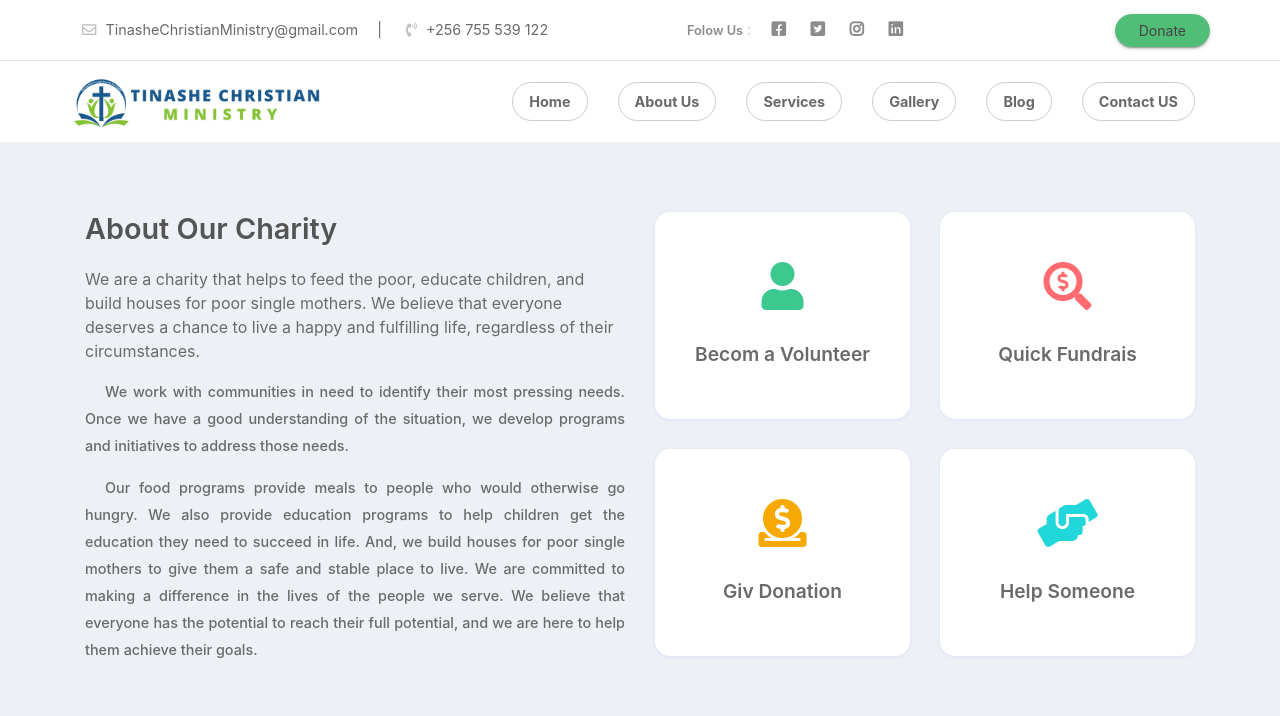
Repository: kluivert-ssali/Zziwa
Page: about_us.html
An editor plug-in stored every save of this project. The page is shown before and after the next save, followed by the edit.
The browser window is 1280 px wide. The pictures show the part of the page from y = 0 to 716 px (the page is 2067 px tall).
A picture or video elsewhere on the page could not be fetched, so the positions and the page height are approximate.

Above is the page before, as saved 2023-11-24 22:40:46.

### about_us.html
<!doctype html>
<html lang="en">

<head>
    <meta charset="utf-8">
    <link
    rel="shortcut icon"
    type="x-icon"
    sizes="64x64"
    href="./Logo/ziwaWEB2.0.svg"
  />
    <meta name="viewport" content="width=device-width, initial-scale=1, shrink-to-fit=no">
    <title>TinasheChristianMinistry</title>
    <link rel="shortcut icon" href="assets/images/fav.png" type="image/x-icon">
   <link href="https://fonts.googleapis.com/css2?family=Ubuntu:wght@400;500&display=swap" rel="stylesheet">
    <link rel="shortcut icon" href="assets/images/fav.jpg">
    <link rel="stylesheet" href="assets/css/bootstrap.min.css">
    <link rel="stylesheet" href="assets/css/all.min.css">
    <link rel="stylesheet" href="assets/css/animate.css">
    <link rel="stylesheet" href="assets/plugins/slider/css/owl.carousel.min.css">
    <link rel="stylesheet" href="assets/plugins/slider/css/owl.theme.default.css">
    <link rel="stylesheet" type="text/css" href="assets/css/style.css" />
</head>

<body>

<header class="continer-fluid ">
    <div  class="header-top">
        <div class="container">
            <div class="row col-det">
                <div class="col-lg-6 d-none d-lg-block">
                    <ul class="ulleft">
                        <li>
                            <i class="far fa-envelope"></i>
                            TinasheChristianMinistry@gmail.com
                            <span>|</span></li>
                        <li>
                            <i class="fas fa-phone-volume"></i>
                            +256 755 539 122</li>
                    </ul>
                </div>
                <div class="col-lg-3 col-md-6 folouws">

                    <ul class="ulright">
                       <li> <small>Folow Us </small>:</li>
                        <li>
                            <i class="fab fa-facebook-square"></i>
                        </li>
                        <li>
                            <i class="fab fa-twitter-square"></i>
                        </li>
                        <li>
                            <i class="fab fa-instagram"></i>
                        </li>
                        <li>
                            <i class="fab fa-linkedin"></i>
                        </li>
                    </ul>
                </div>
                <div class="col-lg-3 d-none d-md-block col-md-6 btn-bhed">
                    <button class="btn btn-sm btn-success"> <a
                        href="https://flutterwave.com/donate/cqvprj4q11oa"
                        target="_blank"
                        >Donate</a
                      ></button>
                </div>
            </div>
        </div>
    </div>
    <div id="menu-jk" class="header-bottom">
        <div class="container">
            <div class="row nav-row">
                <div class="col-lg-3 col-md-12 logo">
                    <a href="index.html">
                        <img src="assets/images/TCM.png" alt="">
                        <a data-toggle="collapse" data-target="#menu" href="#menu"><i class="fas d-block d-lg-none  small-menu fa-bars"></i></a>
                    </a>

                </div>
                <div id="menu" class="col-lg-9 col-md-12 d-none d-lg-block nav-col">

                            <ul class="navbad">
                                <li class="nav-item active">
                                    <a class="nav-link" href="index.html">Home
                                    </a>
                                </li>
                                <li class="nav-item">
                                    <a class="nav-link" href="about_us.html">About Us</a>
                                </li>
                                <li class="nav-item">
                                    <a class="nav-link" href="services.html">Services</a>
                                </li>

                                <li class="nav-item">
                                    <a class="nav-link" href="gallery.html">Gallery</a>
                                </li>

                                <li class="nav-item">
                                    <a class="nav-link" href="blog.html">Blog</a>
                                </li>
                                <li class="nav-item">
                                    <a class="nav-link" href="contact_us.html">Contact US</a>
                                </li>




                            </ul>


                </div>
            </div>
        </div>
    </div>
</header>

  <!--  ************************* Page Title Starts Here ************************** -->




     <!--  ************************* About Us Starts Here ************************** -->

<div class="about-us container-fluid">
    <div class="container">

        <div class="row natur-row no-margin w-100">
            <div class="text-part col-md-6">
                <h2>About Our Charity</h2>
                We are a charity that helps to feed the poor, educate children, and build houses for poor single mothers. We believe that everyone deserves a chance to live a happy and fulfilling life, regardless of their circumstances. </p>
                <p> We work with communities in need to identify their most pressing needs. Once we have a good understanding of the situation, we develop programs and initiatives to address those needs.</p>

                <p>Our food programs provide meals to people who would otherwise go hungry. We also provide education programs to help children get the education they need to succeed in life. And, we build houses for poor single mothers to give them a safe and stable place to live.

                    We are committed to making a difference in the lives of the people we serve. We believe that everyone has the potential to reach their full potential, and we are here to help them achieve their goals. </p>
            </div>
            <div class="image-part col-md-6">
                <div class="about-quick-box row">
                    <div class="col-md-6">
                        <div class="about-qcard">
                           <i class="fas fa-user"></i>
                            <p>Becom a Volunteer</p>
                        </div>
                    </div>
                     <div class="col-md-6">
                        <div class="about-qcard ">
                           <i class="fas fa-search-dollar red"></i>
                            <p>Quick Fundrais</p>
                        </div>
                    </div>
                     <div class="col-md-6">
                        <div class="about-qcard ">
                           <i class="fas fa-donate yell"></i>
                            <p>Giv Donation</p>
                        </div>
                    </div>
                     <div class="col-md-6">
                        <div class="about-qcard ">
                           <i class="fas fa-hands-helping blu"></i>
                            <p>Help Someone</p>
                        </div>
                    </div>
                </div>
            </div>
        </div>
    </div>
</div>



 <!-- ################# Mission Vision Start Here #######################--->

  <section class="container-fluid mission-vision">
      <div class="container">
          <div class="row mission">
              <div class="col-md-6 mv-det">
                  <h1>Our Mission</h1>
                  <p>Our mission is to provide food, education, and shelter to those in need. We believe that everyone deserves a chance to live a happy and fulfilling life, regardless of their circumstances.</p>
              </div>
              <div class="col-md-6 mv-img">
                  <img src="assets/images/misin.jpg" alt="">
              </div>
          </div>
          <div class="row vision">
              <div class="col-md-6 mv-img">
                   <img src="assets/images/vision.jpg" alt="">
              </div>
              <div class="col-md-6 mv-det">
                   <h1>Our Vision</h1>
                   <p>Compassion: We care deeply about the people we serve, and we are committed to making a difference in their lives.
                    Respect: We treat everyone with dignity and respect, regardless of their background or circumstances.
                    Excellence: We strive to provide the best possible services to our clients.
                    Accountability: We are accountable to our donors and to the communities we serve.</p>
              </div>
          </div>
      </div>
  </section>



  <!--  ************************* Footer Starts Here ************************** -->

      <footer class="footer">
        <div class="container">
            <div class="row">
                <div class="col-md-4 col-sm-12">
                    <h2>About Us</h2>
                    <p>
                        We are a charity that helps to feed the poor, educate children, and build houses for poor single mothers. We believe that everyone deserves a chance to live a happy and fulfilling life, regardless of their circumstances.
                    </p>
                    <p>We focus on technologies that promise to reduce costs, streamline processes and speed time-to-market, Backed by our strong quality processes and rich experience managing global... </p>
                </div>
                <div class="col-md-4 col-sm-12">
                    <h2>Useful Links</h2>
                    <ul class="list-unstyled link-list">
                        <li><a ui-sref="about" href="#/about">About us</a><i class="fa fa-angle-right"></i></li>
                        <li><a ui-sref="portfolio" href="#/portfolio">Portfolio</a><i class="fa fa-angle-right"></i></li>
                        <li><a ui-sref="products" href="#/products">Latest jobs</a><i class="fa fa-angle-right"></i></li>
                        <li><a ui-sref="gallery" href="#/gallery">Gallery</a><i class="fa fa-angle-right"></i></li>
                        <li><a ui-sref="contact" href="#/contact">Contact us</a><i class="fa fa-angle-right"></i></li>
                    </ul>
                </div>
                <div class="col-md-4 col-sm-12 map-img">
                    <h2>Contact Us</h2>
                    <address class="md-margin-bottom-40">
                        Nansana <br>
                        Kibwa (Wakiso District) <br>
                        Hoima Road <br>
                        Phone: +256 755 539 122 <br>
                        Email: <a href="TinasheChristianMinistry@gmail.com " class="">TinasheChristianMinistry@gmail.com </a><br>
                    </address>

                </div>
            </div>


            <div class="nav-box row clearfix">
                <div class="inner col-md-9 clearfix">
                    <ul class="footer-nav clearfix">
                        <li><a href="#">Home</a></li>
                        <li><a href="#">About</a></li>
                        <li><a href="#">Gallery</a></li>
                        <li><a href="#">Servies</a></li>
                        <li><a href="#">Blog</a></li>
                        <li><a href="#">Contact</a></li>
                    </ul>


                </div>
                  <div class="donate-link col-md-3"><a href="https://flutterwave.com/donate/cqvprj4q11oa" target="_blank" class="btn btn-primary "><span class="btn-title">Donate Now</span></a></div>
            </div>

        </div>


    </footer>
    <div class="copy">
        <div class="container">
            <a href="https://kluivertssali.netlify.app" target="_blank" style="color: blue;">2023 &copy; All Rights Reserved | Designed and Developed by Ssali Kluivert</a>

            <span>
            <a><i class="fab fa-github"></i></a>
            <a><i class="fab fa-google-plus-g"></i></a>
            <a><i class="fab fa-pinterest-p"></i></a>
            <a><i class="fab fa-twitter"></i></a>
            <a><i class="fab fa-facebook-f"></i></a>
    </span>
        </div>

    </div>


</body>

<script src="assets/js/jquery-3.2.1.min.js"></script>
<script src="assets/js/popper.min.js"></script>
<script src="assets/js/bootstrap.min.js"></script>
<script src="assets/plugins/scroll-fixed/jquery-scrolltofixed-min.js"></script>
<script src="assets/plugins/slider/js/owl.carousel.min.js"></script>
<script src="assets/js/script.js"></script>

</html>

Loaded but not shown: assets/css/bootstrap.min.css (library); assets/css/all.min.css (library); assets/css/animate.css (library); assets/plugins/slider/css/owl.carousel.min.css (library); assets/plugins/slider/css/owl.theme.default.css (common file); assets/js/jquery-3.2.1.min.js (library); assets/js/popper.min.js (library); assets/js/bootstrap.min.js (library); assets/plugins/scroll-fixed/jquery-scrolltofixed-min.js (library); assets/plugins/slider/js/owl.carousel.min.js (library); assets/js/script.js (69 lines, source omitted); assets/css/style.css (795 lines, source omitted)

After the next save:
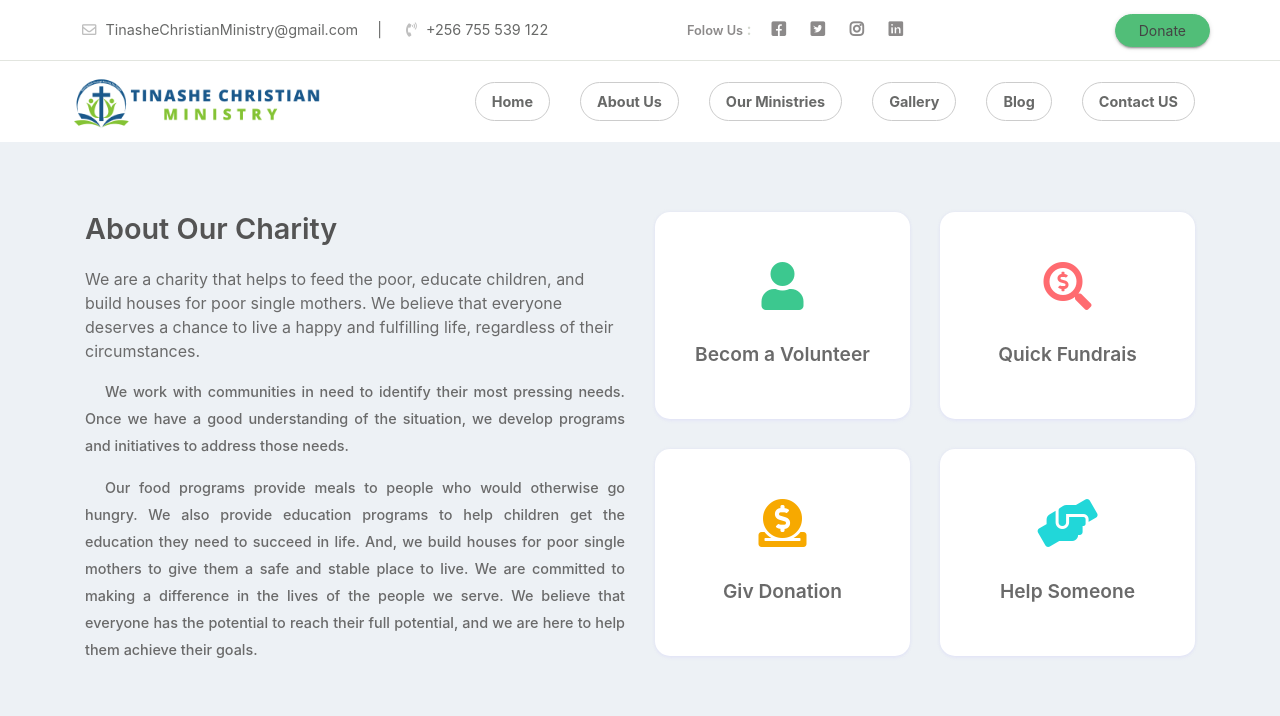
Saved 25 s later.
--- a/about_us.html
+++ b/about_us.html
@@ -88,7 +88,7 @@
                                     <a class="nav-link" href="about_us.html">About Us</a>
                                 </li>
                                 <li class="nav-item">
-                                    <a class="nav-link" href="services.html">Services</a>
+                                    <a class="nav-link" href="services.html">Our Ministries</a>
                                 </li>
 
                                 <li class="nav-item">
